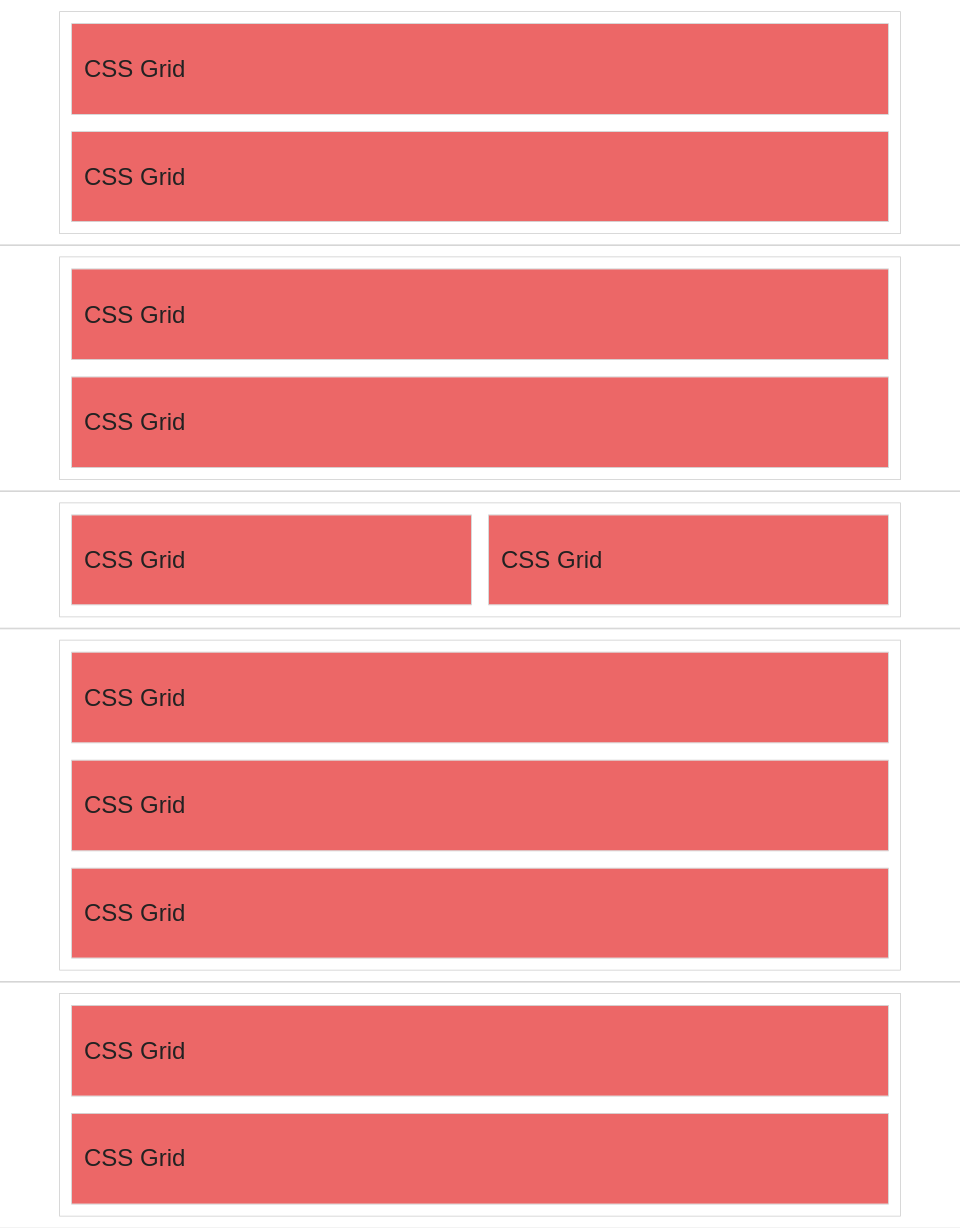
Repository: anoncoderin/madhu_kushal_html_layout
Page: metrosite_week4hw/index.html
The author's editor kept a copy of each file at every save. The page is drawn from the files as they stood at one save, then again after the next save.
The browser window is 1280 px wide. The pictures show the whole page, at 75% of full size.

Above is the page before, as saved 2023-01-27 23:16:56.

After the next save:
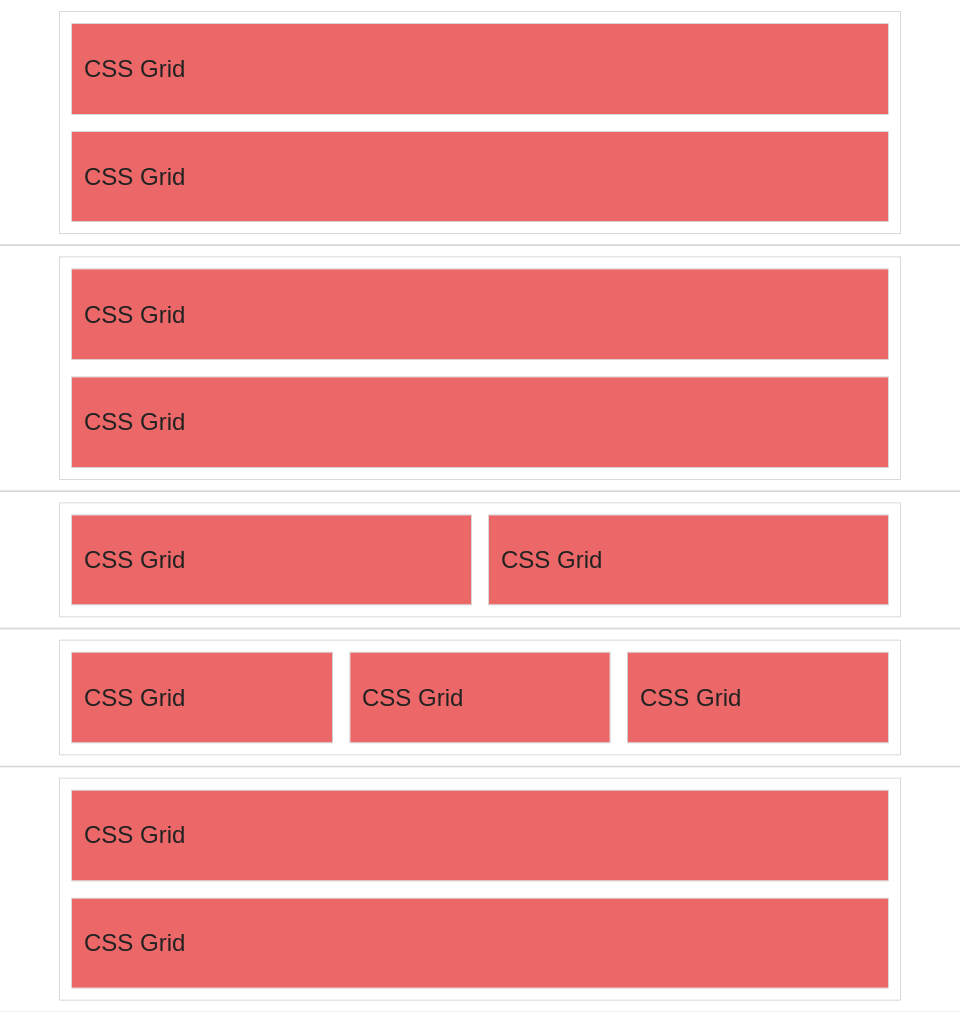
Saved 2 min 26 s later.
--- a/metrosite_week4hw/css/main.css
+++ b/metrosite_week4hw/css/main.css
@@ -96,7 +96,7 @@
 
   }
   .tab-col-3{
-    grid-template-columns: repeat (3, 1fr);
+    grid-template-columns: repeat(3, 1fr);
 
 }
 }
